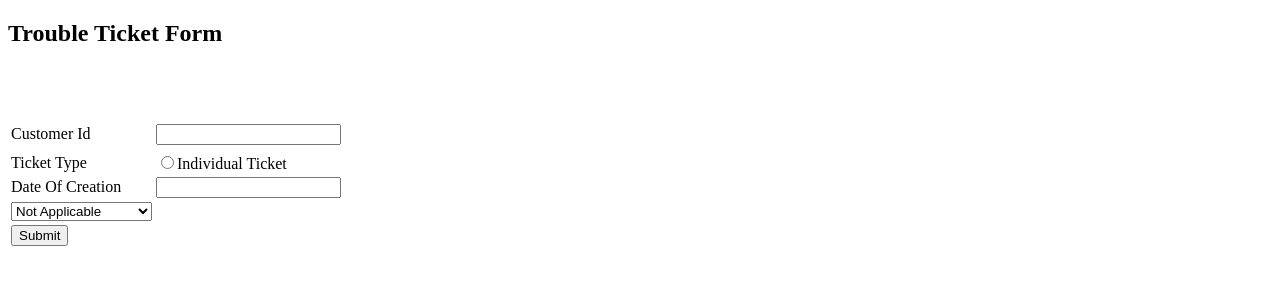
Repository: ApoorvaVeluri/JavaProject
Page: http://localhost/userinterface/Input.jsp
These files come from the project's save history. The page is drawn as it stood at one moment and after the next save; the edit follows.
The browser window is 1280 px wide. The pictures show the whole page.
The page is served by Tomcat 9. Other server files are loaded and not shown.

Above is the page before, as saved 2015-08-20 10:51:47.

### html/userinterface/WebContent/Input.jsp
<%@ page language="java" contentType="text/html; charset=ISO-8859-1"
	pageEncoding="ISO-8859-1"%>
<!DOCTYPE html PUBLIC "-//W3C//DTD HTML 4.01 Transitional//EN" "http://www.w3.org/TR/html4/loose.dtd">
<html>
<head>
<meta http-equiv="Content-Type" content="text/html; charset=ISO-8859-1">
<title>Insert title here</title>
</head>
<body>
	<h2>Trouble Ticket Form</h2>
	<form method="POST" action="">
		<table>
		<div align="center"><br></div>
			<tr>
				<td>Customer Id</td>
				<td><input type="text" name="customerid" /></td>
			</tr>
			<tr>
			<br>
			</tr>

			<tr>
			<br>
			</tr>
			<tr>
				<td>Ticket Type</td>
				<td><input type="radio" name="index" value="ticket_type" />Individual Ticket</td>

			</tr>

			<tr>
				<td>Date Of Creation</td>
				<td><input type="text" name="Date" /></td>
			</tr>

			<tr>
				<td><select name="Disposition Id">
				<	<option value="Not Applicable">Not Applicable</option>
					<option value="Technician Dispatch">Technician Dispatch</option>
					<option value="Device Dispatch">Device Dispatch</option>

				</select>
				</td>
			</tr>
			<tr>
				<td colspan="2"><input type="submit" value="Submit" /></td>
			</tr>
			</div>
		</table>
	</form>
</body>
</html>

After the next save:
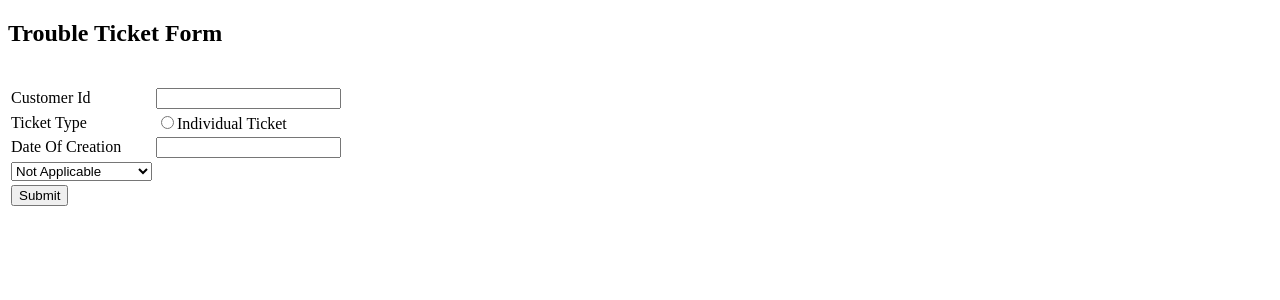
Saved 17 s later.
--- a/html/userinterface/WebContent/Input.jsp
+++ b/html/userinterface/WebContent/Input.jsp
@@ -15,13 +15,7 @@
 				<td>Customer Id</td>
 				<td><input type="text" name="customerid" /></td>
 			</tr>
-			<tr>
-			<br>
-			</tr>
 
-			<tr>
-			<br>
-			</tr>
 			<tr>
 				<td>Ticket Type</td>
 				<td><input type="radio" name="index" value="ticket_type" />Individual Ticket</td>
